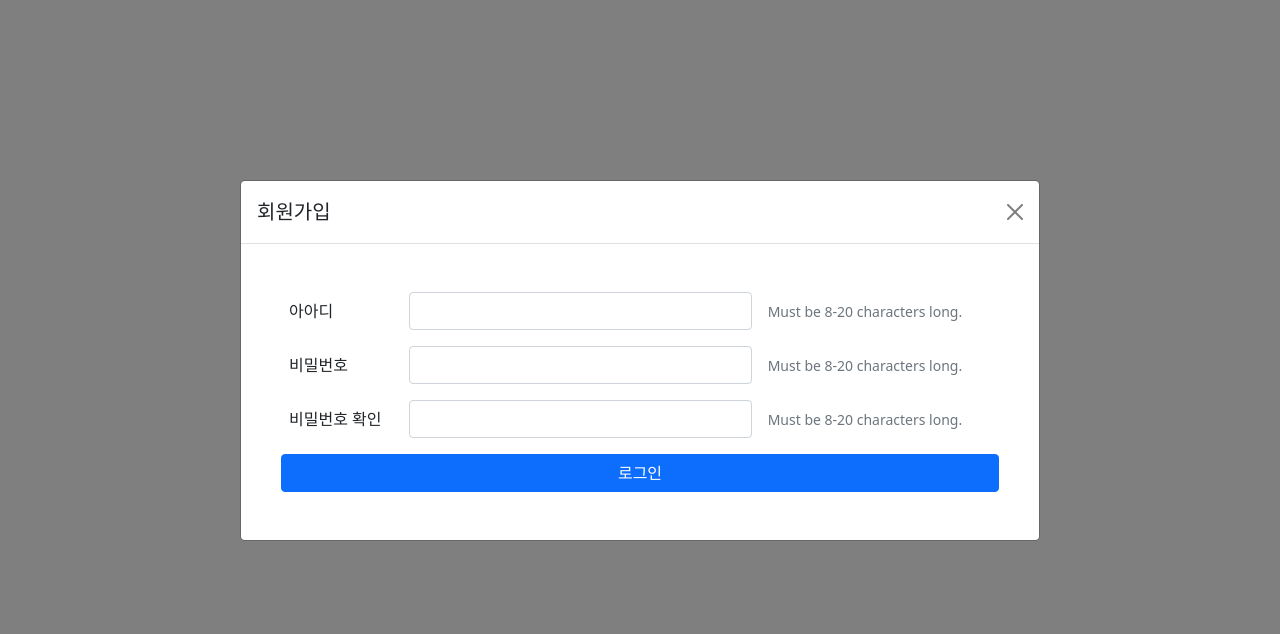
Repository: hyunha95/selfStudy
Page: http://localhost/spring-board/WEB-INF/views/member/enroll.jsp
These files come from the project's save history. The page is drawn as it stood at one moment and after the next save; the edit follows.
The browser window is 1280 px wide. The pictures show the whole page.
The page is served by Tomcat 9. Nobody is signed in. Other server files are loaded and not shown. The template is opened directly, without the code that normally fills it, so the values that code supplies are empty.

Above is the page before, as saved 2022-01-15 08:31:48.

### spring_workspace/spring-board/src/main/webapp/WEB-INF/views/member/enroll.jsp
<%@ page language="java" contentType="text/html; charset=UTF-8"
    pageEncoding="UTF-8"%>
<%@ taglib prefix="c" uri="http://java.sun.com/jsp/jstl/core"%>
<%@ taglib prefix="fmt" uri="http://java.sun.com/jsp/jstl/fmt"%>
<%@ taglib prefix="fn" uri="http://java.sun.com/jsp/jstl/functions"%>
<%@ taglib prefix="sec" uri="http://www.springframework.org/security/tags" %>
<%-- spring-webmvc의존 : security의 csrf토큰 생성 --%>
<%@ taglib prefix="form" uri="http://www.springframework.org/tags/form" %>
<!DOCTYPE html>
<html>
<head>
<!-- Required meta tags -->
<meta charset="utf-8">
<meta name="viewport" content="width=device-width, initial-scale=1">
<title>Insert title here</title>
<script src="https://code.jquery.com/jquery-3.6.0.js" integrity="sha256-H+K7U5CnXl1h5ywQfKtSj8PCmoN9aaq30gDh27Xc0jk=" crossorigin="anonymous"></script>
<link href="https://cdn.jsdelivr.net/npm/bootstrap@5.1.3/dist/css/bootstrap.min.css" rel="stylesheet" integrity="sha384-1BmE4kWBq78iYhFldvKuhfTAU6auU8tT94WrHftjDbrCEXSU1oBoqyl2QvZ6jIW3" crossorigin="anonymous">
<script>
$(() => {
	$(enrollModal)
		.modal('show')
		.on("hide.bs.modal", (e) => {
			location.href = '${pageContext.request.contextPath}';
		});
});
</script>

</head>
<body>
	<!-- Modal 시작 -->
	<div class="modal fade" id="enrollModal" data-bs-backdrop="static" data-bs-keyboard="false" tabindex="-1" aria-labelledby="staticBackdropLabel" aria-hidden="true">
	  <div class="modal-dialog modal-dialog-centered modal-lg">
	    <div class="modal-content">
	      <div class="modal-header">
	        <h5 class="modal-title" id="staticBackdropLabel">회원가입</h5>
	        <button type="button" class="btn-close" data-bs-dismiss="modal" aria-label="Close"></button>
	      </div>
	      <form:form
	      	id="enrollFrm"
	      	action="${pageContext.request.contextPath}/member/enroll.do"
	      	method="post"
	      	class="m-5">
	      	<div class="row g-3 align-items-center">
		        <!-- 아이디 -->
		          <div class="col-2">
				    <label for="id" class="col-form-label">아아디</label>
				  </div>
				  <div class="col-6">
				    <input type="text" id="id" class="form-control">
				  </div>
				  <div class="col-4">
				    <span id="idHelpInline" class="form-text">
				      Must be 8-20 characters long.
				    </span>
				  </div>
			    <!-- 비밀번호 -->
				<div class="col-2">
				    <label for="password" class="col-form-label">비밀번호</label>
				  </div>
				  <div class="col-6">
				    <input type="password" id="password" class="form-control">
				  </div>
				  <div class="col-4">
				    <span id="passwordHelpInline" class="form-text">
				      Must be 8-20 characters long.
				    </span>
				  </div>
				 <!-- 비밀번호 확인 -->
				 <div class="col-2">
				    <label for="passwordCheck" class="col-form-label">비밀번호 확인</label>
				  </div>
				  <div class="col-6">
				    <input type="password" id="passwordCheck" class="form-control">
				  </div>
				  <div class="col-4">
				    <span id="passwordCheckHelpInline" class="form-text">
				      Must be 8-20 characters long.
				    </span>
				  </div>
				<!-- submit 버튼 -->
			    <button type="submit" class="btn btn-primary mt-3">로그인</button>
	      	</div>
	      </form:form>
	    </div>
	  </div>
	</div>
	<!-- Modal 끝 -->
	<script src="https://cdn.jsdelivr.net/npm/bootstrap@5.1.3/dist/js/bootstrap.bundle.min.js" integrity="sha384-ka7Sk0Gln4gmtz2MlQnikT1wXgYsOg+OMhuP+IlRH9sENBO0LRn5q+8nbTov4+1p" crossorigin="anonymous"></script>
</body>
</html>

After the next save:
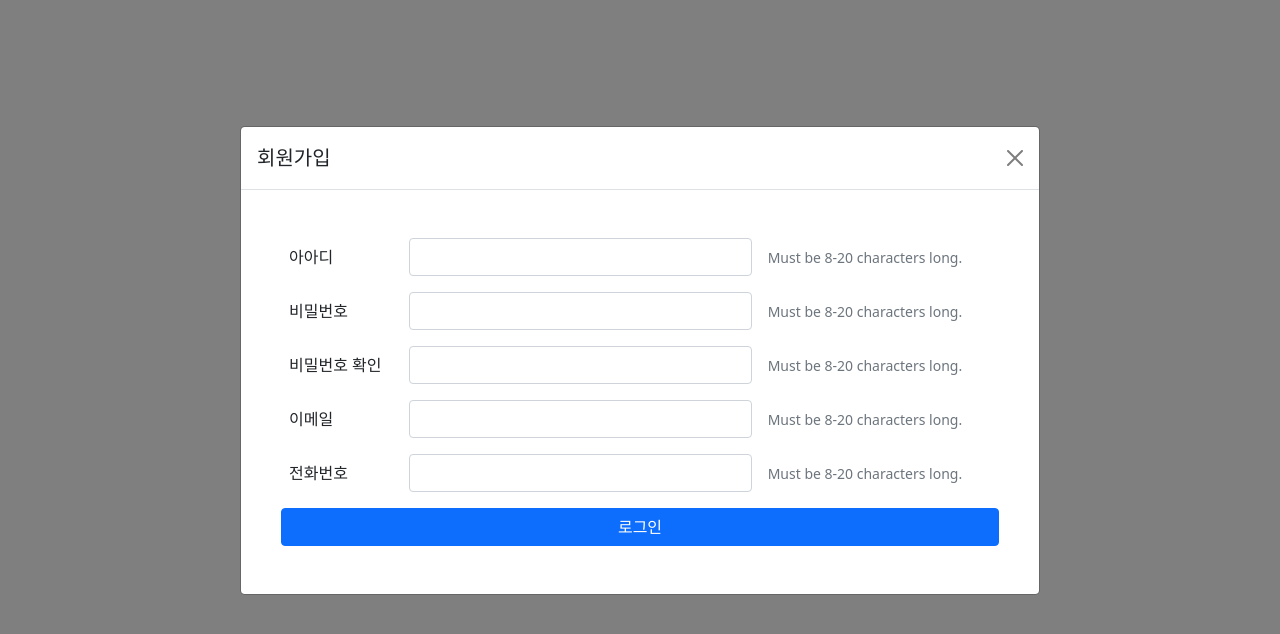
Saved 2 min 39 s later.
--- a/spring_workspace/spring-board/src/main/webapp/WEB-INF/views/member/enroll.jsp
+++ b/spring_workspace/spring-board/src/main/webapp/WEB-INF/views/member/enroll.jsp
@@ -77,6 +77,30 @@ $(() => {
 				      Must be 8-20 characters long.
 				    </span>
 				  </div>
+				  <!-- 이메일 -->
+				   <div class="col-2">
+				    <label for="email" class="col-form-label">이메일</label>
+				  </div>
+				  <div class="col-6">
+				    <input type="email" id="email" class="form-control">
+				  </div>
+				  <div class="col-4">
+				    <span id="emailHelpInline" class="form-text">
+				      Must be 8-20 characters long.
+				    </span>
+				  </div>
+				  <!-- 번호 -->
+				  <div class="col-2">
+				    <label for="phone" class="col-form-label">전화번호</label>
+				  </div>
+				  <div class="col-6">
+				    <input type="email" id="phone" class="form-control">
+				  </div>
+				  <div class="col-4">
+				    <span id="phoneHelpInline" class="form-text">
+				      Must be 8-20 characters long.
+				    </span>
+				  </div>
 				<!-- submit 버튼 -->
 			    <button type="submit" class="btn btn-primary mt-3">로그인</button>
 	      	</div>
